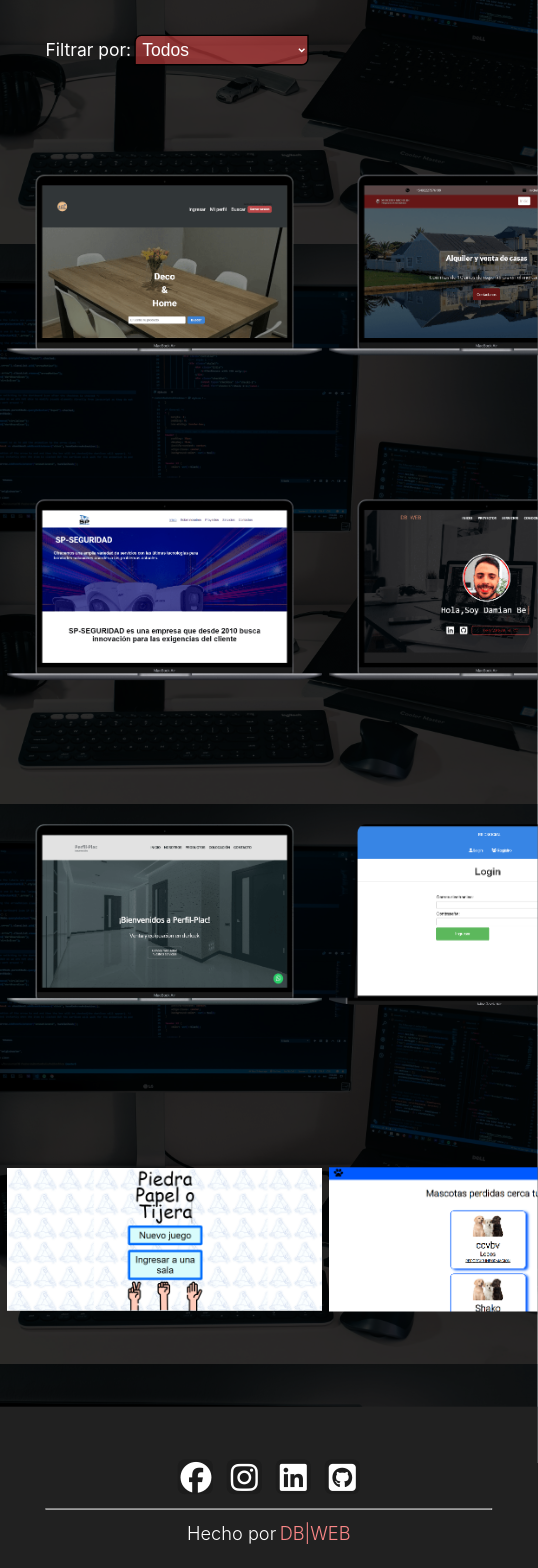
Repository: DamianBermudez94/DB-Porfolio
Page: /proyecto
The author's editor kept a copy of each file at every save. The page is drawn from the files as they stood at one save, then again after the next save.
The browser window is 768 px wide. The pictures show the part of the page from y = 451 to 2691 px (the page is 2720 px tall before and 4576 px after), at 70% of full size.
Backgrounds fixed to the window are drawn as part of the page. Some web libraries are served in a nearby version. The project was rebuilt for these pictures with package versions that can differ from the ones it lists, and the page was loaded fresh each time. Also part of the build but not shown: vite.config.js, src/components/TextoCustom/styles.css, src/components/TextoCustom/CustomText.jsx, src/components/Home/styles.css, src/components/Home/Home.jsx, src/pages/Inicio.jsx, src/components/Servicios/styles.css, src/components/Servicios/Service.jsx and 8 more.

Above is the page before, as saved 2024-04-01 18:14:04.

After the next save:
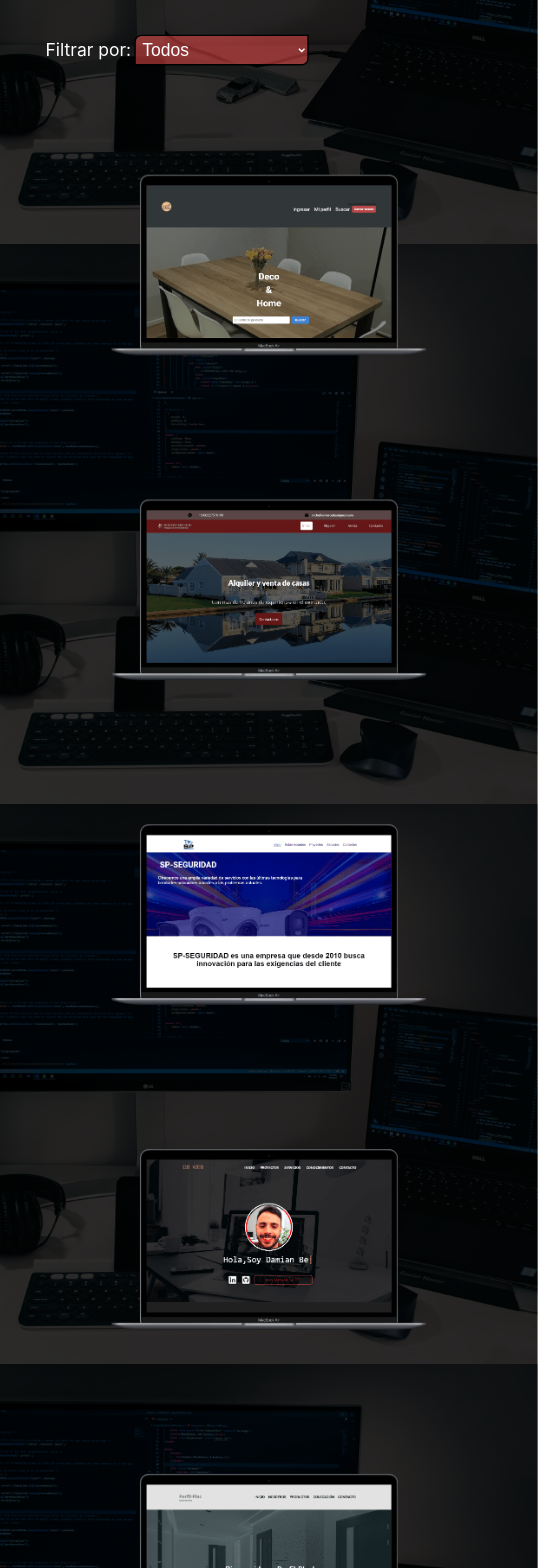
Saved 57 min 21 s later.
--- a/src/components/Proyectos/styles.css
+++ b/src/components/Proyectos/styles.css
@@ -203,6 +203,11 @@
     grid-template-columns: repeat(1, 1fr);
     grid-gap: 10px;
   }
+  .container-filtro{
+
+    grid-column: span 1;
+
+  }
   .mi-modal {
     width: 400px;
     height: 500px;
